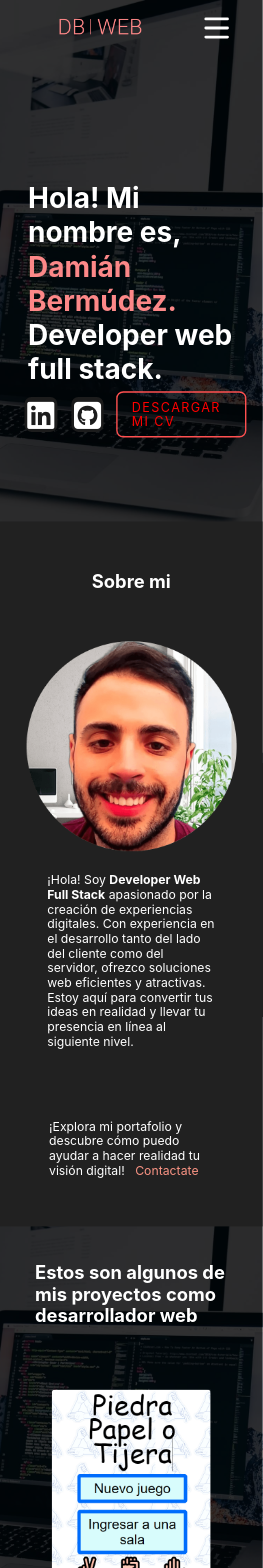
Repository: DamianBermudez94/DB-Porfolio
Page: /
These files come from the project's save history. The page is drawn as it stood at one moment and after the next save; the edit follows.
The browser window is 375 px wide. The pictures show the part of the page from y = 0 to 2240 px (the page is 2929 px tall), at 70% of full size.
Backgrounds fixed to the window are drawn as part of the page. Some web libraries are served in a nearby version. The project was rebuilt for these pictures with package versions that can differ from the ones it lists, and the page was loaded fresh each time. Also part of the build but not shown: vite.config.js, src/components/Servicios/styles.css, src/components/Servicios/Service.jsx, src/pages/Servicios.jsx, src/components/Conocimientos/Conocimientos.jsx, src/pages/AcerdaDe.jsx, src/components/Contacto/Contact.jsx, src/pages/contacto.jsx and 2 more.

Above is the page before, as saved 2024-03-09 18:43:02.

After the next save:
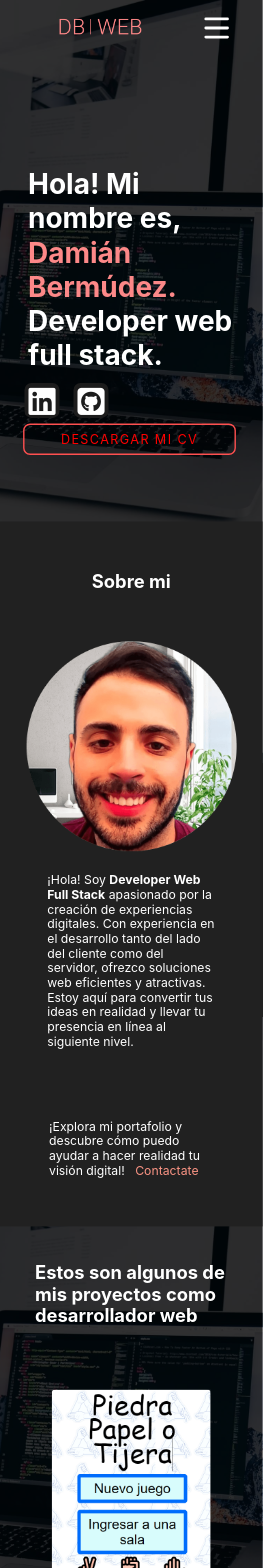
Saved 30 s later.
--- a/src/components/Home/styles.css
+++ b/src/components/Home/styles.css
@@ -233,6 +233,6 @@
     margin-left: 0px;
   }
   .container-redes_inicio{
-    flex-direction: row;
-  }
-}
+    flex-wrap: wrap;
+  }
+}
